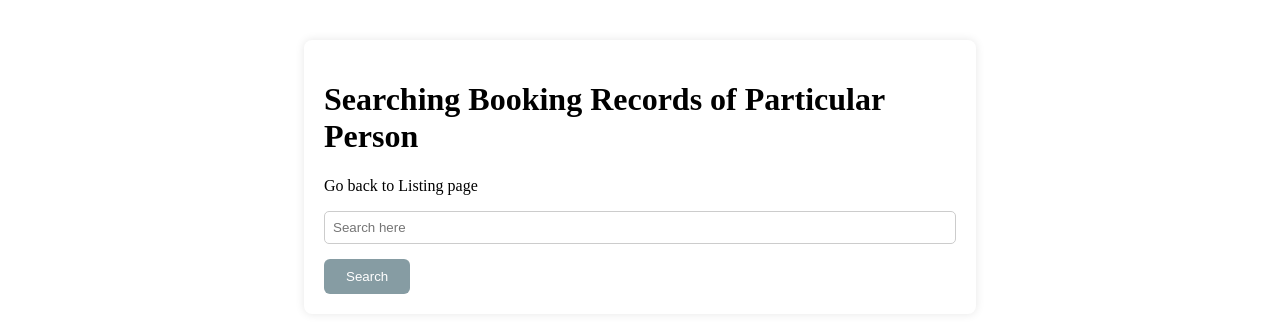
Repository: Arisha004/Hospital-Appointment-Management-System
Page: http://localhost/searching.php
An editor plug-in stored every save of this project. The page is shown before and after the next save, followed by the edit.
The browser window is 1280 px wide. The pictures show the whole page.
The page is run by PHP 8.4 with error messages shown; the project is at /var/www/html/.

Above is the page before, as saved 2025-10-25 01:04:21.

### searching.php

<?php
include 'db.php';
  if(isset($_GET['search'])){
    $filteredvalues=$_GET['search'];
    $sql = "SELECT * FROM appointments
        WHERE CONCAT(full_name, ' ', email) LIKE '%$filteredvalues%'";
    $result=$conn->query($sql);

    }


?>
<html>
    <head>
        <link rel="stylesheet" href="style2.css">
        <style>

 table{
    width: 100%;
    border-collapse: collapse;
    justify-content: center;
    margin-top: 20px;

  }
  th, td {
    padding: 12px;
    text-align: left;
    border-bottom: 1px solid #ddd;
  }
  tr:hover {background-color: #f1f1f1;}

        </style>
    </head>
    <body>

        <form action="" method="get">
<div class="container1">
    <h1>Searching Booking Records of Particular Person</h1>
      <p><a href="list.php"> Go back to Listing page</a></p>



    <input type="text" name="search" required value="<?php if(isset($_GET['search'])){
    echo $_GET['search'];
}?>" placeholder="Search here">
    <button type="submit">Search</button>

</div>
</form>


<?php
if (isset($result) && $result->num_rows > 0){

echo "<table border='1' cellpadding='10'>";
  echo   "<tr>
    <th>ID</th>
    <th>Name</th>
    <th>Email</th>


    </tr>";

    while($items = $result->fetch_assoc()) {


        echo "<tr>";

    echo "<td>".$items["id"]."</td>";
    echo "<td>".$items["full_name"]."</td>";
    echo "<td>".$items["email"]."</td>";
       echo "</tr>";

        }

    echo "</table>";
   }
    elseif (isset($_GET['search'])){
        echo "No Record Found";
    }

?>


    </body>
</html>

### db.php
<?php

$servername = "localhost";
$username = "root";
$password = "";
$dbname="midterm";

$conn=new mysqli($servername, $username, $password,$dbname);
if($conn->connect_error){
    die("Connection failed: " . $conn->connect_error);
}


?>

### style2.css

  .container1 { width: 50%; margin: 40px auto; background: #fff; padding: 20px; border-radius: 8px; box-shadow: 0 0 10px rgba(0,0,0,0.1); }
  h2 { text-align: center; color: #007bff; }
  label { font-weight: bold; display: block; margin-bottom: 5px; }
  input, select, textarea {
      width: 100%;
      padding: 8px;
      margin-bottom: 15px;
      border: 1px solid #ccc;
      border-radius: 5px;
  }

  button{

  display: inline-block;
  background-color: #869CA3;
  color: #fff;
  padding: 10px 22px;
  border: none;
  border-radius: 6px;
  cursor: pointer;
  font-weight: 500;

  transition: 0.3s;
   text-align: center;
}
a{
  color: black;
  text-decoration: none;
}
button:hover {
  background-color: #7498a3;
  transform: translateY(-2px);
}

  input[type=submit] {
      background-color: #007bff;
      color: white;
      border: none;
      padding: 10px 15px;
      cursor: pointer;
      border-radius: 5px;
  }
  input[type=submit]:hover {
      background-color: #0056b3;
  }
  select[name="status"] {
    background-color: #f8f9fa;
    color: #495057;
    padding: 8px;
    margin-bottom: 15px;
    border: 1px solid #ced4da;
    border-radius: 5px;
    width: 100%;
}

select[name="status"] option[value="Pending"] { color: #ffc107; }
select[name="status"] option[value="Confirmed"] { color: #28a745; }
select[name="status"] option[value="Cancelled"] { color: #dc3545; }
select[name="status"] option[value="Completed"] { color: #17a2b8; }

After the next save:
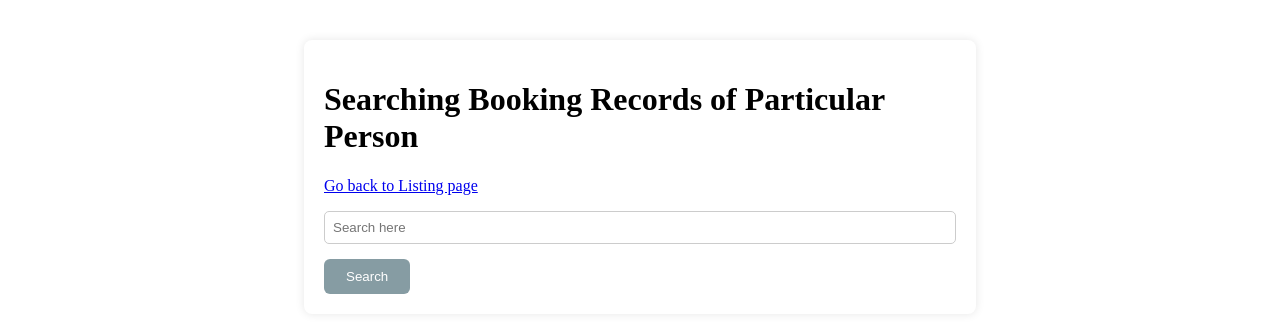
Saved 8 s later.
--- a/style2.css
+++ b/style2.css
@@ -24,10 +24,7 @@
   transition: 0.3s;
    text-align: center;
 }
-a{
-  color: black;
-  text-decoration: none;
-}
+
 button:hover {
   background-color: #7498a3;
   transform: translateY(-2px);
